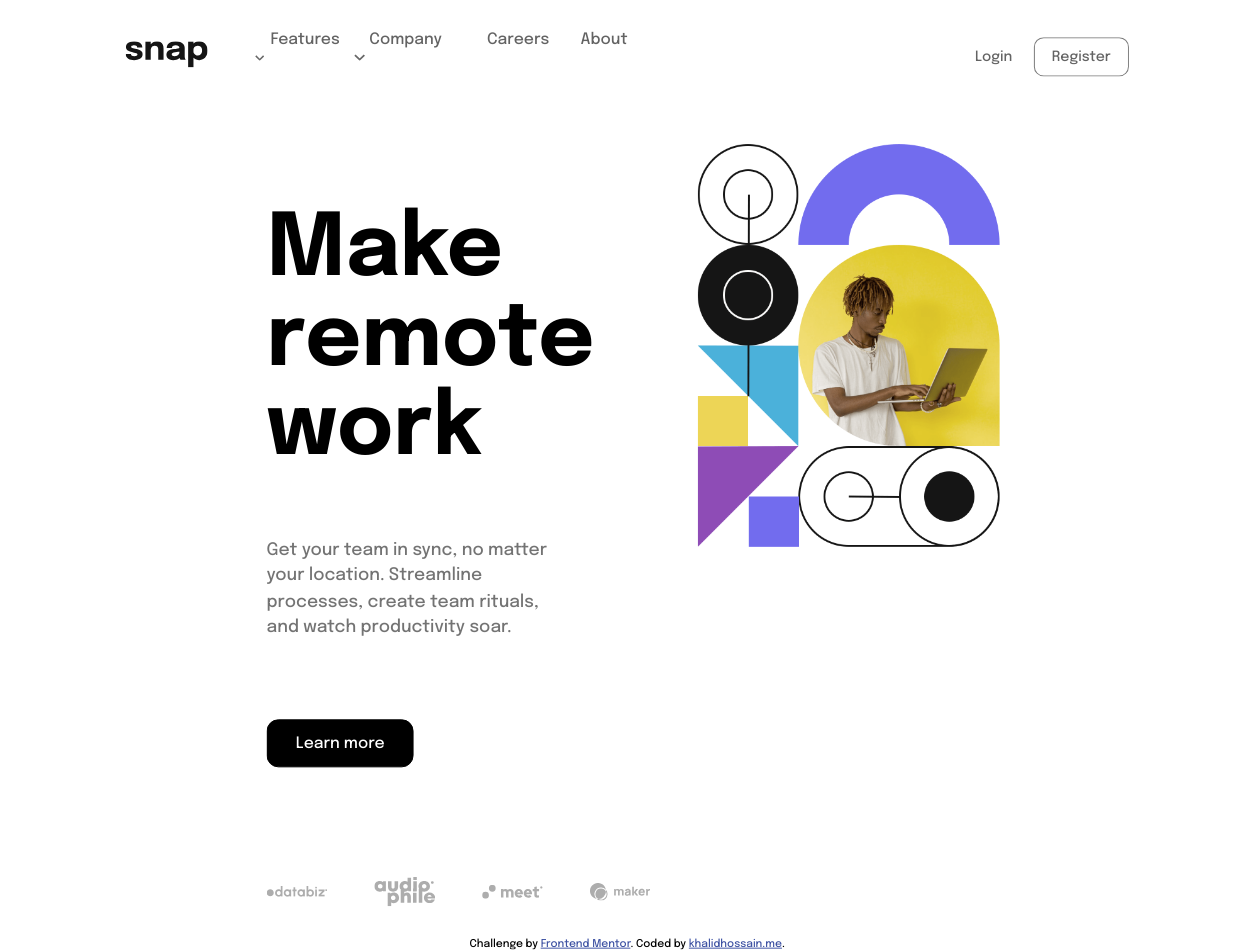
Repository: badhon252/revision
Page: intro-section-with-dropdown-navigation-main/index.html
These files come from the project's save history. The page is drawn as it stood at one moment and after the next save; the edit follows.
The browser window is 1280 px wide. The pictures show the whole page, at 98% of full size.
The style sheet was rebuilt from its Sass, Less or Tailwind sources for each picture, by a compiler version that may differ from the author's.

Above is the page before, as saved 2022-08-06 23:18:59.

### intro-section-with-dropdown-navigation-main/index.html
<!DOCTYPE html>
<html lang="en">

<head>
  <meta charset="UTF-8">
  <meta name="viewport" content="width=device-width, initial-scale=1.0">
  <!-- displays site properly based on user's device -->

  <link rel="icon" type="image/png" sizes="32x32" href="./images/favicon-32x32.png">
  <link rel="stylesheet" href="./scss/style.css">
  <title>Frontend Mentor | Intro section with dropdown navigation</title>

  <!-- Feel free to remove these styles or customise in your own stylesheet 👍 -->
  <style>

  </style>
</head>

<body>
  <header id="header">
    <nav class="navbar">
      <div class="navbar-brand"><img src="./images/logo.svg" alt="snap"></div>
      <ul class="nav">
        <li class="nav-items dropdown-menu"><a href="" class="nav-links">Features <img class="arrow-icon"
              src="./images/icon-arrow-down.svg" alt="">
            <div class="dropdown">
              <ul class="dropdown-content">
                <li class="dropdown-item">📓Todo List</li>
                <li class="dropdown-item">📅Calender</li>
                <li class="dropdown-item">🔕Reminder </li>
                <li class="dropdown-item">⏲Planing</li>
              </ul>
            </div>
          </a>
        </li>
        <li class="nav-items"><a href="" class="nav-links">Company <img class="arrow-icon"
              src="./images/icon-arrow-down.svg" alt=""></a>
        </li>
        <li class="nav-items"><a href="" class="nav-links">Careers</a></li>
        <li class="nav-items"><a href="" class="nav-links">About</a></li>
      </ul>
      <div class="btn-group">
        <button class="btn-login btn">Login</button>
        <button class="btn-register btn">Register</button>
      </div>
    </nav>


    <div class="content">
      <div class="row">
        <div class="col-md-6">
          <div class="head-line">
            Make <br> remote work
          </div>

          <p class="content-param">
            Get your team in sync, no matter your location. Streamline processes,
            create team rituals, and watch productivity soar.
          </p>

          <button class="btn">Learn more</button>

          <div class="collabs">
            <img src="./images/client-databiz.svg" alt=""><img src="./images/client-audiophile.svg" alt=""><img
              src="./images/client-meet.svg" alt=""><img src="./images/client-maker.svg" alt="">
          </div>

        </div>


        <div class="col-md-6">
          <img class="content-img" src="./images/image-hero-desktop.png" alt="">
        </div>
      </div>
    </div>



  </header>
  <div class="attribution">
    Challenge by <a href="https://www.frontendmentor.io?ref=challenge" target="_blank">Frontend Mentor</a>.
    Coded by <a href="https://www.khalidhossain.me/">khalidhossain.me</a>.
  </div>
</body>

</html>

### intro-section-with-dropdown-navigation-main/scss/style.scss
* {
  margin: 0;
  padding: 0;
  box-sizing: border-box;
  overflow: hidden;
  font-family: "Epilogue", sans-serif;
}
@import url("https://fonts.googleapis.com/css2?family=Epilogue:wght@500;700&display=swap");

#header {
  .navbar {
    display: flex;
    align-items: center;
    padding: 2rem 8rem;
    .nav {
      display: flex;
      align-items: baseline;
      padding: 0 3rem;

      .nav-items .nav-links {
        text-decoration: none;
        margin: 0 1rem;
        color: rgba(0, 0, 0, 0.61);
        font-weight: 500;
        position: relative;
        &:hover {
          color: #000;
        }
      }
      .dropdown-menu {
        position: relative;
        display: inline-block;

        &:hover .dropdown-item {
          display: block;
        }
      }
      .dropdown {
        background-color: #45eee5;
        color: #000;
        li {
          display: block;
        }
        .dropdown-content {
          display: none;
          position: absolute;
          z-index: 1;
          color: rgb(255, 255, 255);
          min-width: 240px;
          height: auto;
          padding: 1rem;
        }
      }
    }
    .arrow-icon {
      width: 10%;
      height: auto;
    }
    .btn-group {
      margin: auto 0 auto auto;

      .btn {
        outline: none;
        padding: 12px 1.1rem;
        background-color: #fff;
        cursor: pointer;
        font-size: 0.9rem;
        color: rgba(0, 0, 0, 0.61);
        &:hover {
          color: #000;
        }
      }
      .btn-login {
        border: none;
        &:hover {
          color: #000;
        }
      }
      .btn-register {
        border: 1px solid rgba(0, 0, 0, 0.527);
        border-radius: 10px;
        &:hover {
          border: 1px solid #000;

          background-color: rgb(0, 0, 0);
          color: rgb(255, 255, 255);
        }
      }
    }
  }

  .content {
    padding: 2rem 8rem 2rem 17rem;

    .row {
      display: flex;
      max-width: 100%;
      .col-md-6 {
        width: 50%;

        .head-line {
          font-size: 5.5rem;
          font-weight: 700;
          padding: 4rem 0;
        }
        .content-param {
          padding: 0 29% 2rem 0;
          line-height: 1.5;
          color: rgba(0, 0, 0, 0.548);
          font-size: 1.1rem;
        }

        .btn {
          padding: 15px 1.8rem;
          outline: none;
          border: none;
          font-size: 1rem;
          background-color: #000;
          color: #fff;
          border-radius: 12px;
          margin: 3rem 0;
          border: 1px solid #000;
          transition: 0.3s;
          cursor: pointer;
          &:hover {
            background-color: #fff;
            color: #000;
          }
        }

        .content-img {
          width: 70%;
          height: auto;
        }
        .collabs {
          display: flex;
          align-items: center;
          padding-top: 4rem;
          img {
            margin-right: 3rem;
            width: 100%;
            height: auto;
          }
        }
      }
    }
  }
}

// footer====
// ===============
// ==========
.attribution {
  font-size: 11px;
  text-align: center;
}

.attribution a {
  color: hsl(228, 45%, 44%);
}

After the next save:
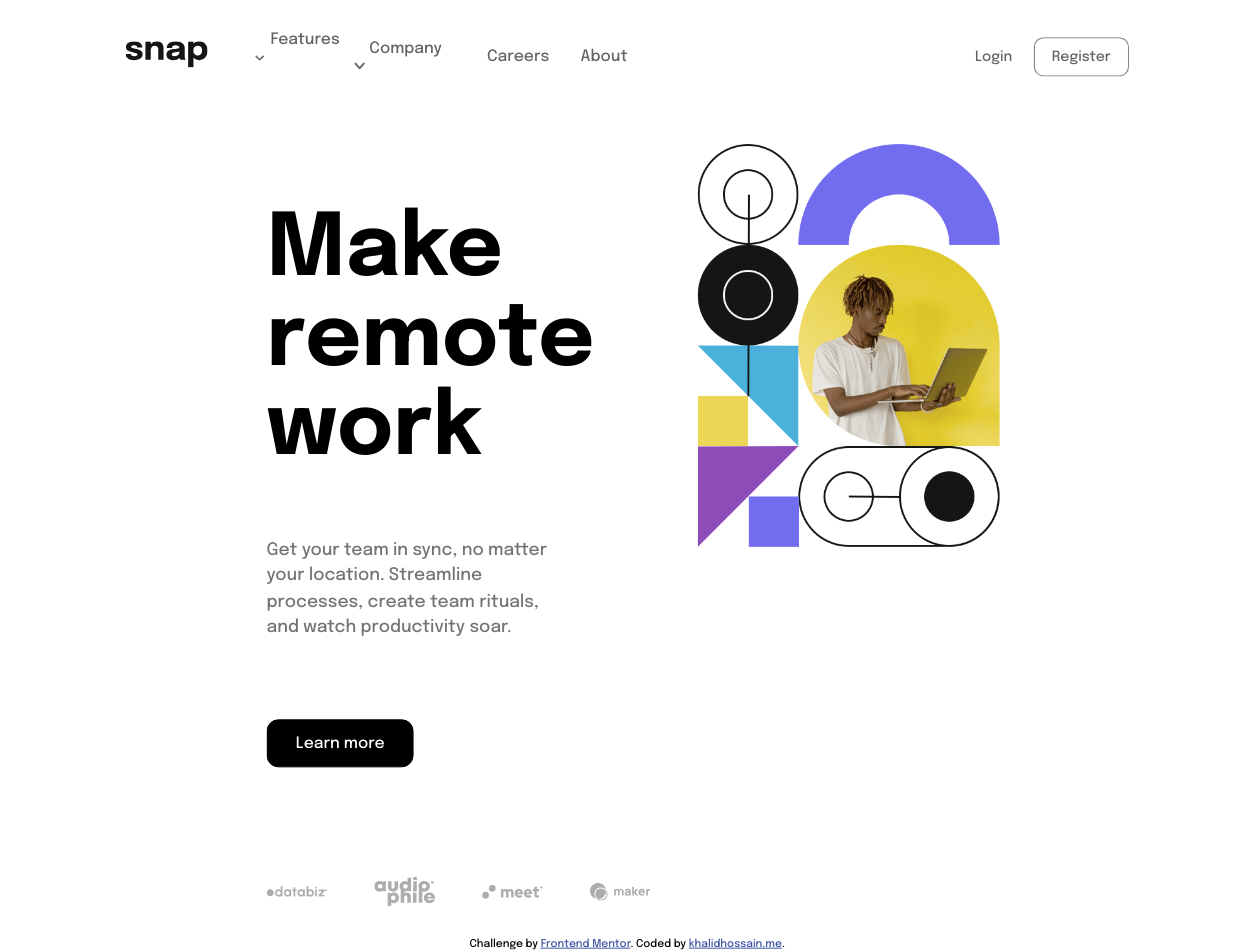
Saved 7 s later.
--- a/intro-section-with-dropdown-navigation-main/scss/style.scss
+++ b/intro-section-with-dropdown-navigation-main/scss/style.scss
@@ -14,7 +14,7 @@
     padding: 2rem 8rem;
     .nav {
       display: flex;
-      align-items: baseline;
+      align-items: center;
       padding: 0 3rem;
 
       .nav-items .nav-links {
